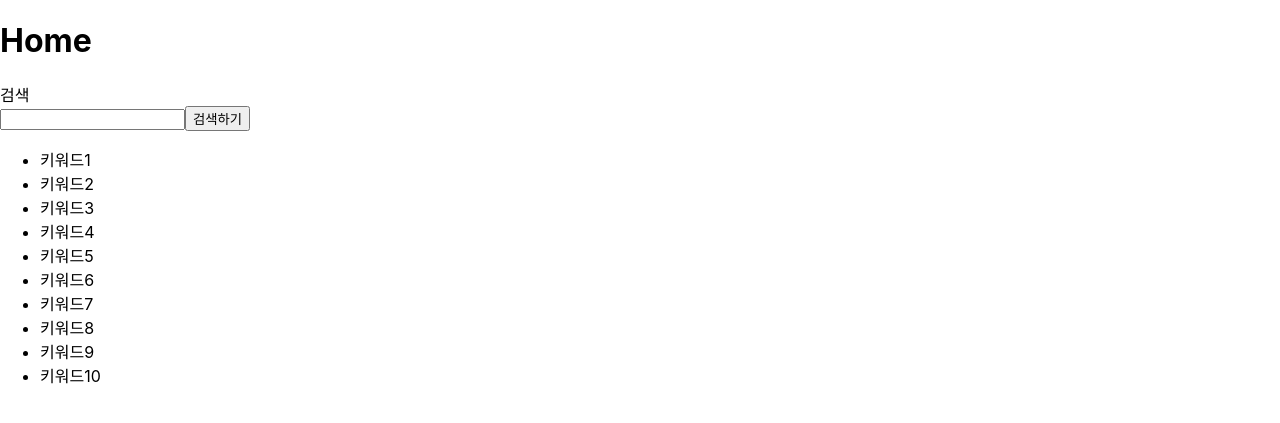
Repository: sunoo-lee/Star-Explore
Page: /
The author's editor kept a copy of each file at every save. The page is drawn from the files as they stood at one save, then again after the next save.
The browser window is 1280 px wide. The pictures show the whole page.
The project was rebuilt for these pictures with package versions that can differ from the ones it lists, and the page was loaded fresh each time.

Above is the page before, as saved 2022-10-14 03:06:38.

### src/index.js
import React from "react";
import ReactDOM from "react-dom/client";
import "./index.css";
import App from "./components/App";
// import reportWebVitals from "./reportWebVitals";

const root = ReactDOM.createRoot(document.getElementById("root"));
root.render(
  <React.StrictMode>
    <App />
  </React.StrictMode>
);

// reportWebVitals();

### src/components/App.js
import AppRouter from "./Router";

function App() {
  return (
    <>
      <AppRouter />
    </>
  );
}

export default App;

### src/components/Router.js
import { HashRouter as Router, Route, Routes } from "react-router-dom";
import Home from "../routes/Home";

const AppRouter = () => {
  return (
    <Router>
      <Routes>
        <Route exact path="/" element={<Home />} />
      </Routes>
    </Router>
  );
};

export default AppRouter;

### src/routes/Home.js
import React from "react";

const Home = () => {
  return (
    <div>
      <h1>Home</h1>
      <div className="nav">
        <form>
          <div>검색</div>
          <input type="text" />
          <button>검색하기</button>
        </form>
        <div className="keyword">
          <ul>
            <li>
              <span>키워드1</span>
            </li>
            <li>
              <span>키워드2</span>
            </li>
            <li>
              <span>키워드3</span>
            </li>
            <li>
              <span>키워드4</span>
            </li>
            <li>
              <span>키워드5</span>
            </li>
            <li>
              <span>키워드6</span>
            </li>
            <li>
              <span>키워드7</span>
            </li>
            <li>
              <span>키워드8</span>
            </li>
            <li>
              <span>키워드9</span>
            </li>
            <li>
              <span>키워드10</span>
            </li>
          </ul>
        </div>
      </div>
    </div>
  );
};

export default Home;

Loaded but not shown: public/index.html (common file); src/index.css (common file); src/reset.css (common file)

After the next save:
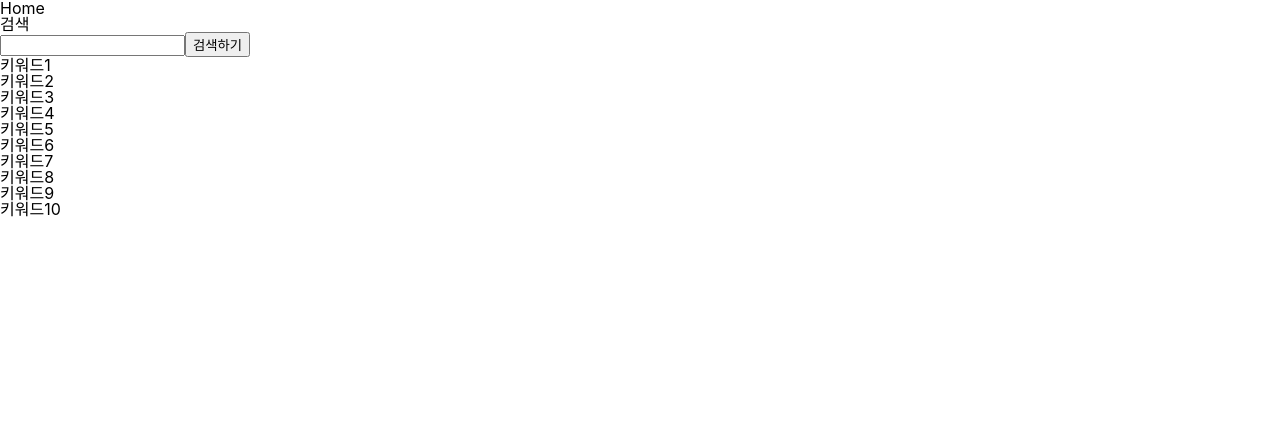
Saved 57 s later.
--- a/src/index.js
+++ b/src/index.js
@@ -1,5 +1,6 @@
 import React from "react";
 import ReactDOM from "react-dom/client";
+import "./reset.css";
 import "./index.css";
 import App from "./components/App";
 // import reportWebVitals from "./reportWebVitals";
